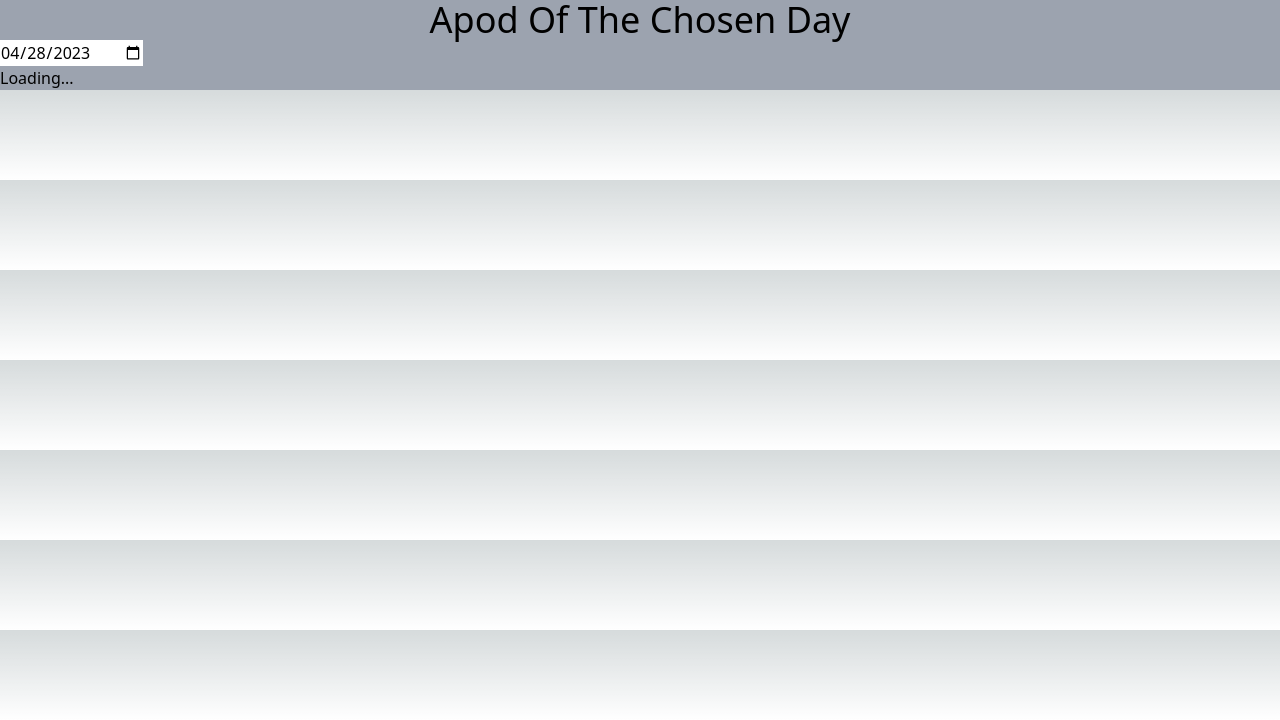
Repository: sercanisli/NasaApod
Page: /
The author's editor kept a copy of each file at every save. The page is drawn from the files as they stood at one save, then again after the next save.
The browser window is 1280 px wide. The pictures show the whole page.
The page's requests for data from a server got no answer. The project was rebuilt for these pictures with package versions that can differ from the ones it lists, and the page was loaded fresh each time. The framework's server and built-in components were replaced by stand-ins that run in the browser. No one was signed in, and anything a server would have sent is missing. Also part of the build but not shown: next.config.js.

Above is the page before, as saved 2023-05-12 02:10:26.

### pages/index.js
import React, { useState } from 'react';
import DateSelector from '../components/DateSelector';
import Apod from '@/components/Apod';

const HomePage = () => {
  const [selectedDate, setSelectedDate] = useState(new Date().toISOString().substr(0, 10));

  const handleDateSelected = (date) => {
    setSelectedDate(date);
  };

  return (
    <div className="bg-gray-400">
      <DateSelector onDateSelected={handleDateSelected} />
      <Apod date={selectedDate} />
    </div>
  );
};

export default HomePage;

### components/DateSelector.js
import React from 'react';

const DateSelector = ({ onDateChange }) => {
  return (
    <div className="flex justify-center">
      <button onClick={() => onDateChange(new Date())}>
        <span className="text-4xl">Apod Of The Chosen Day</span>
      </button>
    </div>
  );
};

export default DateSelector;

### components/Apod.js
import React, { useState, useEffect } from 'react';
import axios from 'axios';

const API_KEY = 'EE0ZIoEOksDZKvkNgEcM1TfRaKWtTACerC0GhuJQ';

function Apod() {
  const [apodData, setApodData] = useState(null);
  const [selectedDate, setSelectedDate] = useState(new Date());

  useEffect(() => {
    const formatDate = date => {
      const year = date.getFullYear();
      const month = (date.getMonth() + 1).toString().padStart(2, '0');
      const day = date.getDate().toString().padStart(2, '0');
      return `${year}-${month}-${day}`;
    }

    const fetchApodData = async () => {
      try {
        const response = await axios.get(`https://api.nasa.gov/planetary/apod?api_key=${API_KEY}&date=${formatDate(selectedDate)}`);
        setApodData(response.data);
      } catch (error) {
        console.error(error);
      }
    };

    fetchApodData();
  }, [selectedDate]);

  const handleDateChange = event => {
    const selectedDate = new Date(event.target.value);
    setSelectedDate(selectedDate);
  };

  return (
    <div>
        <div>
            <input type="date" value={selectedDate.toISOString().substr(0, 10)} onChange={handleDateChange} />
        </div>
      {apodData ? (
        <div>
          <h1>{apodData.title}</h1>
          <img src={apodData.url} alt={apodData.title} />
          <p>{apodData.explanation}</p>
        </div>
      ) : (
        <p>Loading...</p>
      )}
    </div>
  );
}

export default Apod;

Loaded but not shown: pages/_app.js (common file); pages/_document.js (common file); styles/globals.css (common file); tailwind.config.js (common file)

After the next save:
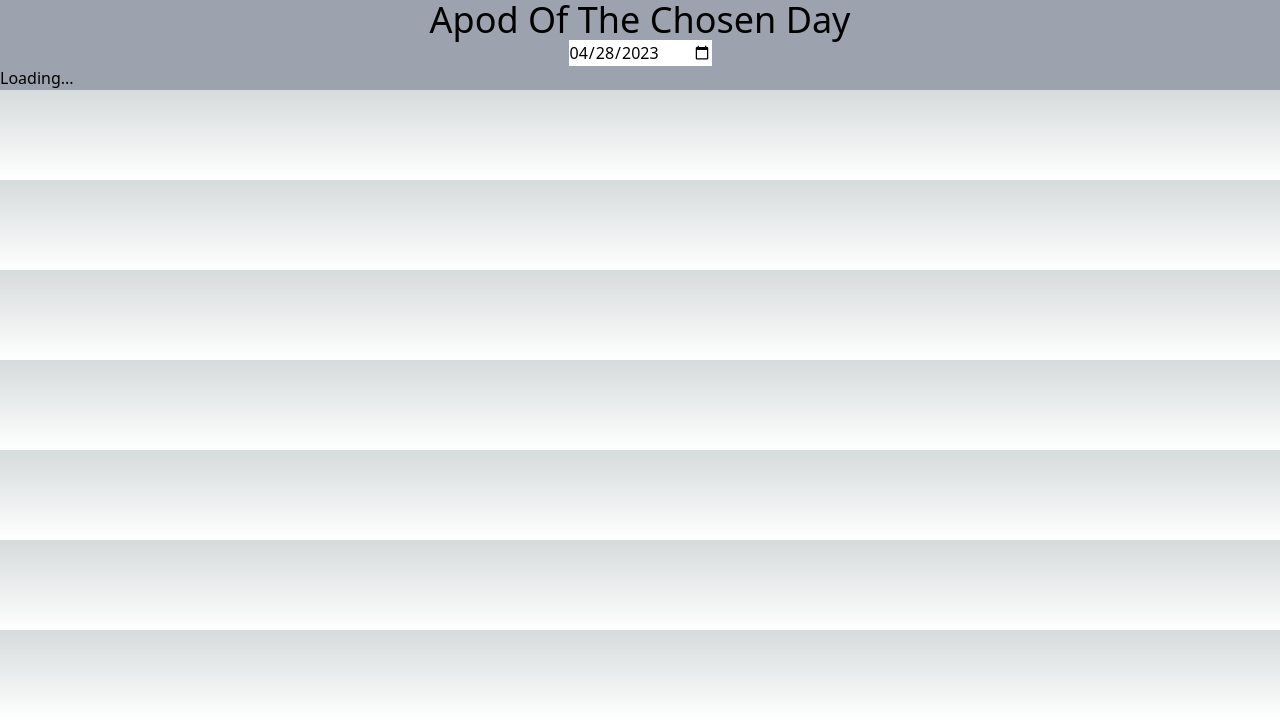
Saved 52 s later.
--- a/components/Apod.js
+++ b/components/Apod.js
@@ -34,7 +34,7 @@ function Apod() {
 
   return (
     <div>
-        <div>
+        <div className="flex justify-center">
             <input type="date" value={selectedDate.toISOString().substr(0, 10)} onChange={handleDateChange} />
         </div>
       {apodData ? (
